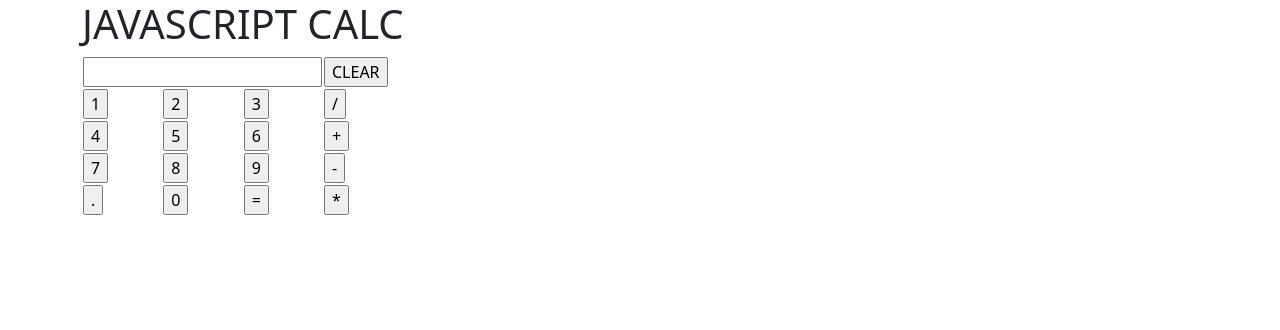
Repository: harryninja/14JsReact
Page: CalcJS/index.html
These files come from the project's save history. The page is drawn as it stood at one moment and after the next save; the edit follows.
The browser window is 1280 px wide. The pictures show the whole page.

Above is the page before, as saved 2022-03-08 22:46:21.

### CalcJS/index.html
<!DOCTYPE html>
<html lang="en">

<head>
    <meta charset="UTF-8">
    <meta http-equiv="X-UA-Compatible" content="IE=edge">
    <meta name="viewport" content="width=device-width, initial-scale=1.0">
    <title>JSCalculator</title>
    <!-- JavaScript Bundle with Popper -->
    <script src="https://cdn.jsdelivr.net/npm/bootstrap@5.1.3/dist/js/bootstrap.bundle.min.js"
        integrity="sha384-ka7Sk0Gln4gmtz2MlQnikT1wXgYsOg+OMhuP+IlRH9sENBO0LRn5q+8nbTov4+1p" crossorigin="anonymous">
    </script>
    <!-- CSS only -->
    <link href="https://cdn.jsdelivr.net/npm/bootstrap@5.1.3/dist/css/bootstrap.min.css" rel="stylesheet"
        integrity="sha384-1BmE4kWBq78iYhFldvKuhfTAU6auU8tT94WrHftjDbrCEXSU1oBoqyl2QvZ6jIW3" crossorigin="anonymous">
</head>

<body>
    <div class="container">
        <div class="row">
            <div class="col-md-6">
                <h1>JAVASCRIPT CALC</h1>
                <table>
                    <tr>
                        <td colspan="3"><input type="text" id="textarea"></td>
                        <td><input type="button" value="CLEAR" onclick="clr()"></td>
                    </tr>
                    <tr>
                        <td><input type="button" value="1" onclick="display('1')"></td>
                        <td><input type="button" value="2" onclick="display('2')"></td>
                        <td><input type="button" value="3" onclick="display('3')"></td>
                        <td><input type="button" value="/" onclick="display('/')"></td>
                    </tr>
                    <tr>
                        <td><input type="button" value="4" onclick="display('4')"></td>
                        <td><input type="button" value="5" onclick="display('5')"></td>
                        <td><input type="button" value="6" onclick="display('6')"></td>
                        <td><input type="button" value="+" onclick="display('+')"></td>
                    </tr>
                    <tr>
                        <td><input type="button" value="7" onclick="display('7')"></td>
                        <td><input type="button" value="8" onclick="display('8')"></td>
                        <td><input type="button" value="9" onclick="display('9')"></td>
                        <td><input type="button" value="-" onclick="display('-')"></td>
                    </tr>
                    <tr>
                        <td><input type="button" value="." onclick="display('.')"></td>
                        <td><input type="button" value="0" onclick="display('0')"></td>
                        <td><input type="button" value="=" onclick="calculate()"></td>
                        <td><input type="button" value="*" onclick="display('*')"></td>
                    </tr>
                </table>
            </div>
        </div>
    </div>
</body>

</html>

After the next save:
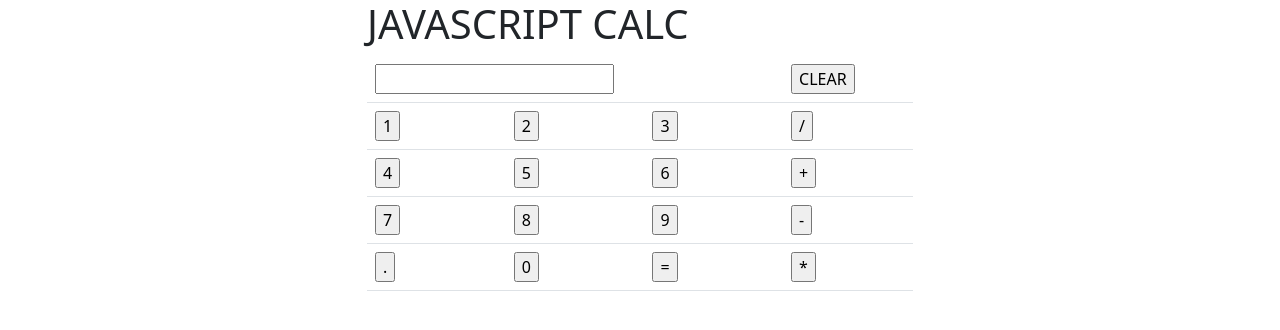
Saved 52 s later.
--- a/CalcJS/index.html
+++ b/CalcJS/index.html
@@ -17,10 +17,10 @@
 
 <body>
     <div class="container">
-        <div class="row">
+        <div class="row justify-content-center">
             <div class="col-md-6">
                 <h1>JAVASCRIPT CALC</h1>
-                <table>
+                <table class="table">
                     <tr>
                         <td colspan="3"><input type="text" id="textarea"></td>
                         <td><input type="button" value="CLEAR" onclick="clr()"></td>
